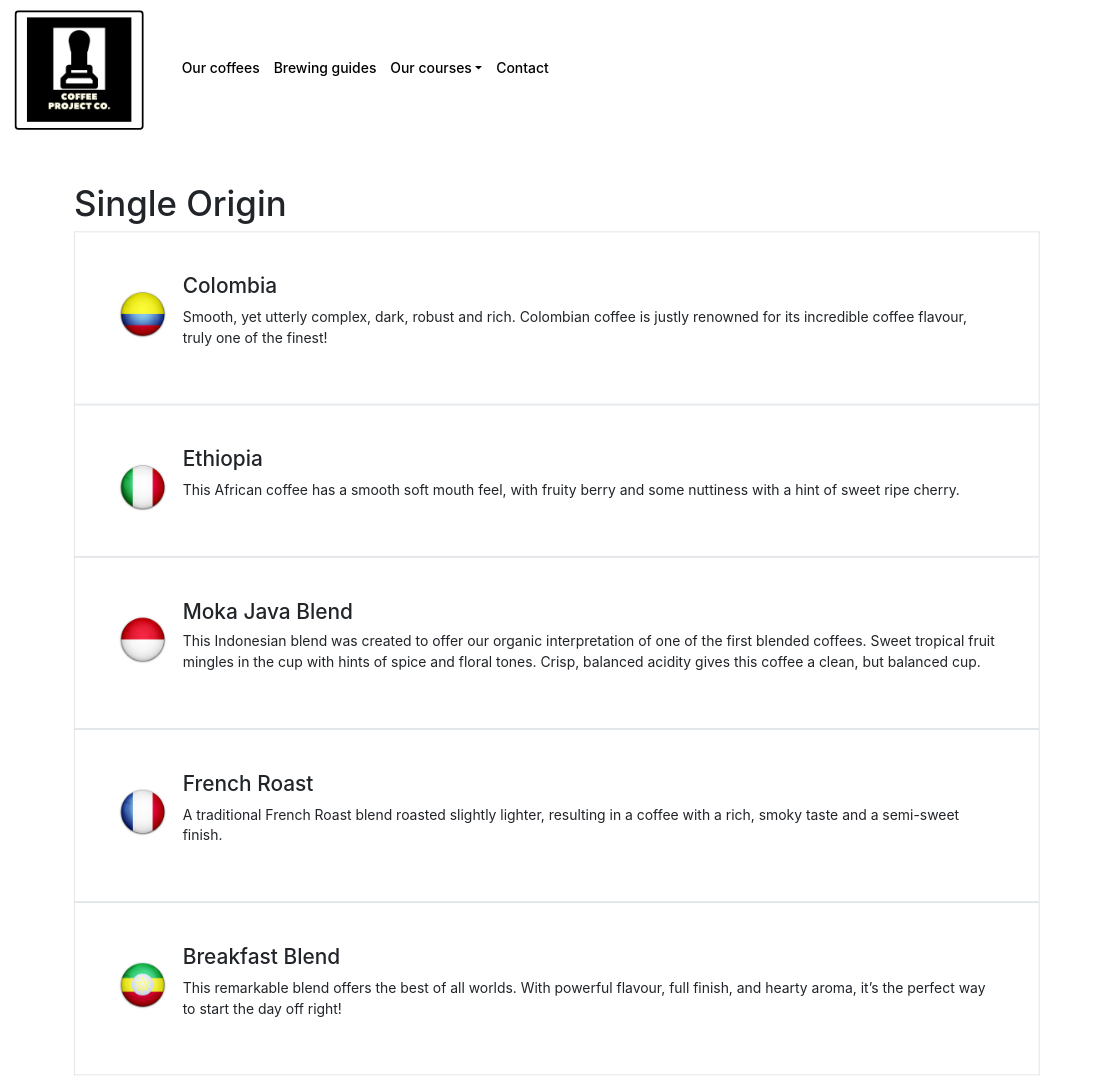
Repository: roxanahefferon/M1
Page: coffees-single.html
The author's editor kept a record of every edit. The page is drawn from the files as they stood at one moment, then again after the next edit.
The browser window is 1280 px wide. The pictures show the whole page, at 87% of full size.
Some web libraries are served in a nearby version.

Above is the page before.

### coffees-single.html
<!DOCTYPE html>
<html lang="en">

<head>
    <meta charset="UTF-8">
    <meta name="viewport" content="width=device-width, initial-scale=1.0">
    <meta http-equiv="X-UA-Compatible" content="ie=edge">
    <link rel="stylesheet" href="https://maxcdn.bootstrapcdn.com/bootstrap/4.0.0/css/bootstrap.min.css" integrity="sha384-Gn5384xqQ1aoWXA+058RXPxPg6fy4IWvTNh0E263XmFcJlSAwiGgFAW/dAiS6JXm" crossorigin="anonymous">
    <script src="https://kit.fontawesome.com/877201db70.js" crossorigin="anonymous"></script>
    <link rel="stylesheet" href="assets/css/style.css" type="text/css" />
    <title>Coffee Project Co.</title>
</head>

<body>
    <header>

        <! --- navbar --->

        <nav class="navbar navbar-expand-sm navbar-light fixed-top"> <a class="navbar-brand" href="index.html"> <img src="./assets/images/coffee-project-logo.png" width="120px" alt="bbb-logo"></a>
            <button class="navbar-toggler" type="button" data-toggle="collapse" data-target="#collapsibleNavbar">
    <span class="navbar-toggler-icon"></span>
  </button>
            <div class="collapse navbar-collapse " id="collapsibleNavbar">
                <ul class="navbar-nav">
                    <li class="nav-item">
                        <a class="nav-link" href="#">Our coffees</a>
                    </li>
                    <li class="nav-item">
                        <a class="nav-link" href="# ">Brewing guides</a>
                    </li>
                    <li class="nav-item dropdown">
                        <a class="nav-link dropdown-toggle" href="#" id="navbardrop" data-toggle="dropdown">Our courses</a>
                        <div class="dropdown-menu">
                            <a class="dropdown-item" href="#">Intro to coffee</a>
                            <a class="dropdown-item" href="#">Barista SCA</a>
                            <a class="dropdown-item" href="#">Brewing SCA</a>
                        </div>
                    </li>
                    <li class="nav-item">
                        <a class="nav-link" href="#">Contact</a>
                    </li>
                </ul>
            </div>
        </nav>


    </header>

    <! --- main section --->

    <div class="container coffees-container">

        <div class="row">
            <div class="col">
                <h1>Single Origin</h1>
            </div>
        </div>


        <div class="row">
            <div class="col-12">

                <div class="media border p-5">
                    <img src="./assets/images/colombia-icon.png" alt="colombia icon" class="mr-3 mt-3 rounded-circle" style="width:60px;">
                    <div class="media-body">
                        <h4>Colombia</h4>
                        <p>Smooth, yet utterly complex, dark, robust and rich. Colombian coffee is justly renowned for its incredible coffee flavour, truly one of the finest!</p>
                    </div>
                </div>

                <div class="media border p-5">
                    <img src="./assets/images/italy-icon.png" alt="italy icon" class="mr-3 mt-3 rounded-circle" style="width:60px;">
                    <div class="media-body">
                        <h4>Ethiopia</h4>
                        <p>This African coffee has a smooth soft mouth feel, with fruity berry and some nuttiness with a hint of sweet ripe cherry.</p>
                    </div>
                </div>

            </div>

            <div class="col-12">

                <div class="media border p-5">
                    <img src="./assets/images/indonesia-icon.png" alt="indonesia icon" class="mr-3 mt-3 rounded-circle" style="width:60px;">
                    <div class="media-body">
                        <h4>Moka Java Blend</h4>
                        <p>This Indonesian blend was created to offer our organic interpretation of one of the first blended coffees. Sweet tropical fruit mingles in the cup with hints of spice and floral tones. Crisp, balanced acidity gives this coffee
                            a clean, but balanced cup.</p>
                    </div>
                </div>

            </div>

            <div class="col-12">

                <div class="media border p-5">
                    <img src="./assets/images/france-icon.png" alt="french icon" class="mr-3 mt-3 rounded-circle" style="width:60px;">
                    <div class="media-body">
                        <h4>French Roast</h4>
                        <p>A traditional French Roast blend roasted slightly lighter, resulting in a coffee with a rich, smoky taste and a semi-sweet finish. </p>
                    </div>
                </div>

            </div>

            <div class="col-12">

                <div class="media border p-5">
                    <img src="./assets/images/ethiopia-icon.png" alt="ethiopia icon" class="mr-3 mt-3 rounded-circle" style="width:60px;">
                    <div class="media-body">
                        <h4>Breakfast Blend</h4>
                        <p>This remarkable blend offers the best of all worlds. With powerful flavour, full finish, and hearty aroma, it’s the perfect way to start the day off right!</p>
                    </div>
                </div>

            </div>

            <div class="col-12">

            </div>
        </div>





        <! --- footer --->

        <footer>

        </footer>

        <body>

            <script src="https://code.jquery.com/jquery-3.2.1.slim.min.js" integrity="sha384-KJ3o2DKtIkvYIK3UENzmM7KCkRr/rE9/Qpg6aAZGJwFDMVNA/GpGFF93hXpG5KkN" crossorigin="anonymous"></script>
            <script src="https://cdnjs.cloudflare.com/ajax/libs/popper.js/1.12.9/umd/popper.min.js" integrity="sha384-ApNbgh9B+Y1QKtv3Rn7W3mgPxhU9K/ScQsAP7hUibX39j7fakFPskvXusvfa0b4Q" crossorigin="anonymous"></script>
            <script src="https://maxcdn.bootstrapcdn.com/bootstrap/4.0.0/js/bootstrap.min.js" integrity="sha384-JZR6Spejh4U02d8jOt6vLEHfe/JQGiRRSQQxSfFWpi1MquVdAyjUar5+76PVCmYl" crossorigin="anonymous"></script>
        </body>

</html>

### assets/css/style.css
@import url('https://fonts.googleapis.com/css?family=Lato|Montserrat:500&display=swap');

body {
    margin: 0;
    padding: 0;
}

/* --- navbar --- */

.navbar-brand {
    margin-left: 0.05rem;
    margin-top: 0.25rem;
    border: solid 2px;
    border-color: #000000;
    border-radius: 0.25rem;
    padding: .40rem .75rem;
}

.navbar-light {
    background-color: #ffffff;
}

.navbar fixed-top {
    position: fixed !important;
}

.navbar-brand:hover {
    border-color: #b87333;
}

.navbar .navbar-toggler {
    border: solid 2px;
    border-color: #000000;
}

.navbar .navbar-toggler:hover {
    border-color: #b87333;
}

.dropdown a {
    font-weight: 500;
}

.navbar-nav a {
    font-weight: 500;
}

.dropdown-menu {
    border: solid 2px;
    color: #000000;
}

.dropdown-menu:hover {
    color: #b87333;
}

.navbar-collapse {
    margin-left: 20px;
}

.nav-item a {
    color: #000000;
}

.navbar-light .navbar-nav .nav-link {
    color: #000000;
}

.bgblack {
    background-color: #000000;
    padding: 0;
}

/* --- jumbotron hero image --- */

.jumbotron-container {
    margin-top: 180px;
}

.jumbotron {
    background-image: url("https://i.imgur.com/ysdDc1S.png");
    background-position: center;
    background-repeat: no-repeat;
    background-size: cover;
    position: relative;
    margin-bottom: 0.5rem;
}

.jumbotron h1,
.jumbotron p {
    color: #fafafa;
    text-align: center;
}

.jumbotron-divider {
    background-color: #b87333;
    margin: 1.5rem;
}

.badge-light {
    background-color: #b87333;
    border: none;
    color: #ffffff;
    font-weight: lighter;
}

.badge-light:hover {
    background-color: #4a4a4f;
    border: none;
    color: #000000;
    font-weight: inherit;
    font-size: 1rem;
}

.quote-landing {
    color: #b87333;
    text-align: center;
    font-family: "Lora", sans-serif;
    font-weight: 500;
    font-size: 1.2rem;
    margin-top: 1rem;
    padding: 5px;
    border: 2px solid;
    border-color: #b87333;
    border-radius: 0.3rem;
}

.quote {
    margin-top: 1rem;
    margin-bottom: 1rem;
}

/* --- about us --- */

.about {
    color: #fafafa;
    font-weight: lighter;
    margin-bottom: 0.5rem;
    padding: 0.5rem 0;
    border-radius: 0.25rem;
}

.about p {
    margin: 1rem;
    text-align: center;
}

/* --- landing headers --- */

.headers-landing {
    position: relative;
    text-align: center;
    color: white;
    text-transform: uppercase;
    font-weight: bolder;
    font-size: 1.8rem;
}

.ph-landing {
    position: absolute;
    top: 50%;
    left: 50%;
    transform: translate(-50%, -50%);
    border: 5px solid;
    border-radius: 0.25rem;
    padding: 0.4rem;
}


/* --- landing cards ---*/

.cards-beans {
    margin-top: 2rem;
    padding-bottom: 2rem;
}

.card-deck {
    margin: auto;
    padding: 0;
}

.card-header {
    background-color: #000000;
    color: #b87333;
    text-align: center;
}

.card-body {
    background-color: #000000;
}

.card-text {
    color: #ffffff;
}

.card-body a {
    background-color: #b87333;
    color: #ffffff;
    border: none;
}

/* --- landing sca courses --- */

.sca-section {
    margin-top: 20px;
}

.sca-img {
    padding: 0;
    border: 2px solid;
    border-radius: 0.25rem;
}

/* --- landing brew guides --- */





/* --- landing links to page/downloadable pdfs --- */

.brew-cards {
    background-color: #ffffff;
    border: 2px solid #b87333;
    border-radius: 0.25rem;
}

.brew-cards a{
    color: #000000;
    text-decoration: none;
}

.brew-cards a:hover {
    font-size: 18px;
    font-weight: bold;
}

.brew-cards img {
    margin-top: 10px;
}

/* --- landing courses.html --- */

.courses-container {
    margin-top: 210px;
}

/* --- coffees-single html --- */

.coffees-container {
    margin-top: 210px;
}


/* --- coffees-blends.html --- */

.blends-container {
    margin-top: 200px;
}


/* --- footer --- */

.footer {
    background-color: #4a4a4f;
    color: #ffffff;
    font-size: 0.5rem;
    font-family: "Montserrat", sans-serif;
    margin-top: 2rem;
    padding-top: 2rem;

}

.fab {
    color: #ffffff;
    font-size: 10px;
    padding-left: 0.5rem;
}

.fab:hover {
    font-size: x-large;
}

/* --- chemex.html --- */

.brewing-container {
    margin-top: 200px;
    padding: 1rem;
    background-color: #669966;
    border: 1px solid #669966;
    border-radius: 0.25rem;
    font-family: "Montserrat", sans-serif;
}

.brewing-container h2 {
    font-family: "Lato", sans-serif;
}

.brewing-download {
    padding-top: 1rem;
    font-weight: bold;
}

/* --- media queries --- */

@media (min-width: 768px) {
    .quote-landing {
        font-size: 2.5rem;
    }
}

@media (min-width: 768px) {
    .our-coffee-img {
        height: 180px;
    }
    .footer {
        font-size: 1rem;
    }
    .fab {
        font-size: 16px;
    }
}

After the next edit:
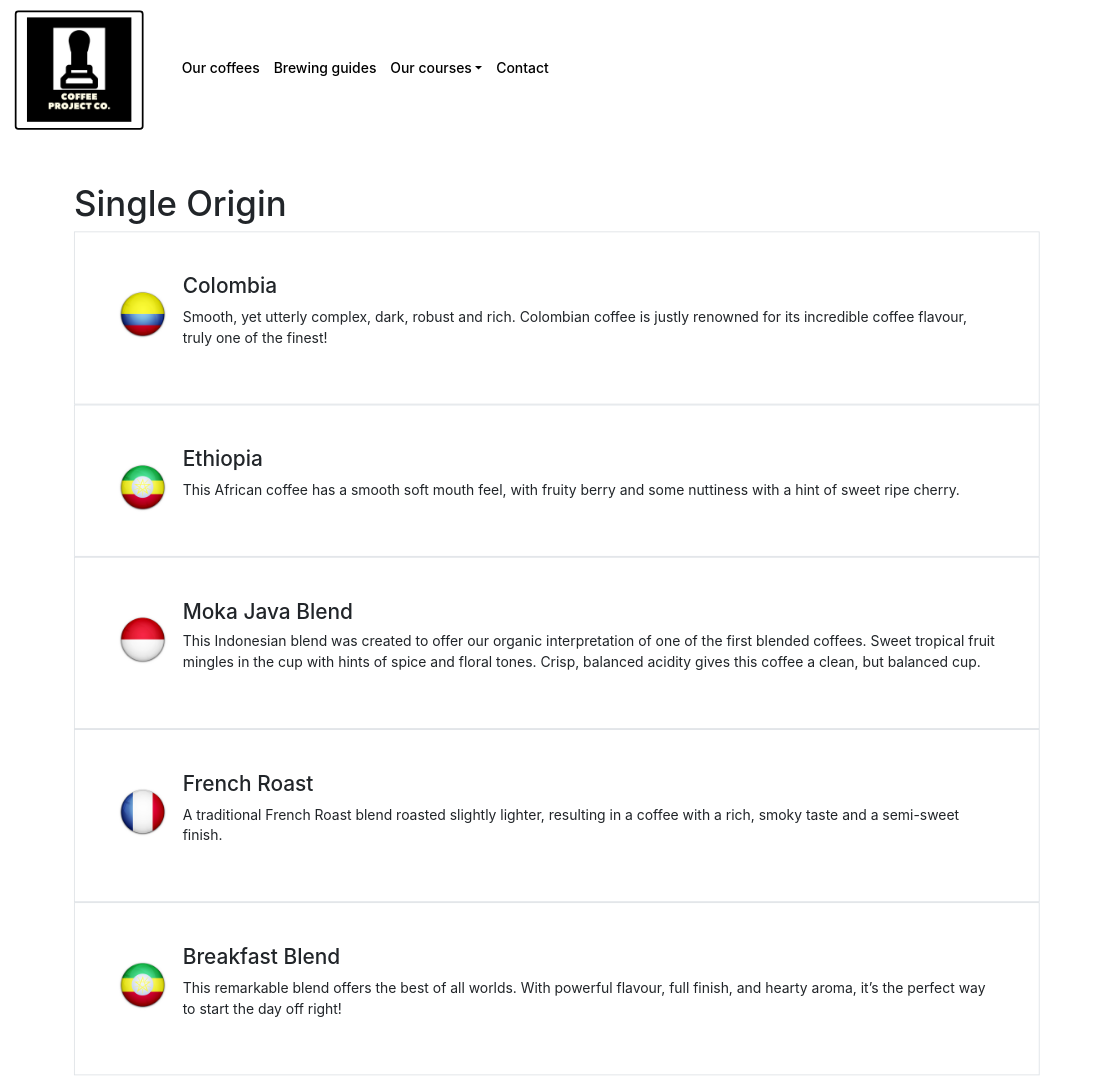
The edit:
--- a/coffees-single.html
+++ b/coffees-single.html
@@ -69,7 +69,7 @@
                 </div>
 
                 <div class="media border p-5">
-                    <img src="./assets/images/italy-icon.png" alt="italy icon" class="mr-3 mt-3 rounded-circle" style="width:60px;">
+                    <img src="./assets/images/ethiopia-icon.png" alt="ethiopia icon" class="mr-3 mt-3 rounded-circle" style="width:60px;">
                     <div class="media-body">
                         <h4>Ethiopia</h4>
                         <p>This African coffee has a smooth soft mouth feel, with fruity berry and some nuttiness with a hint of sweet ripe cherry.</p>
